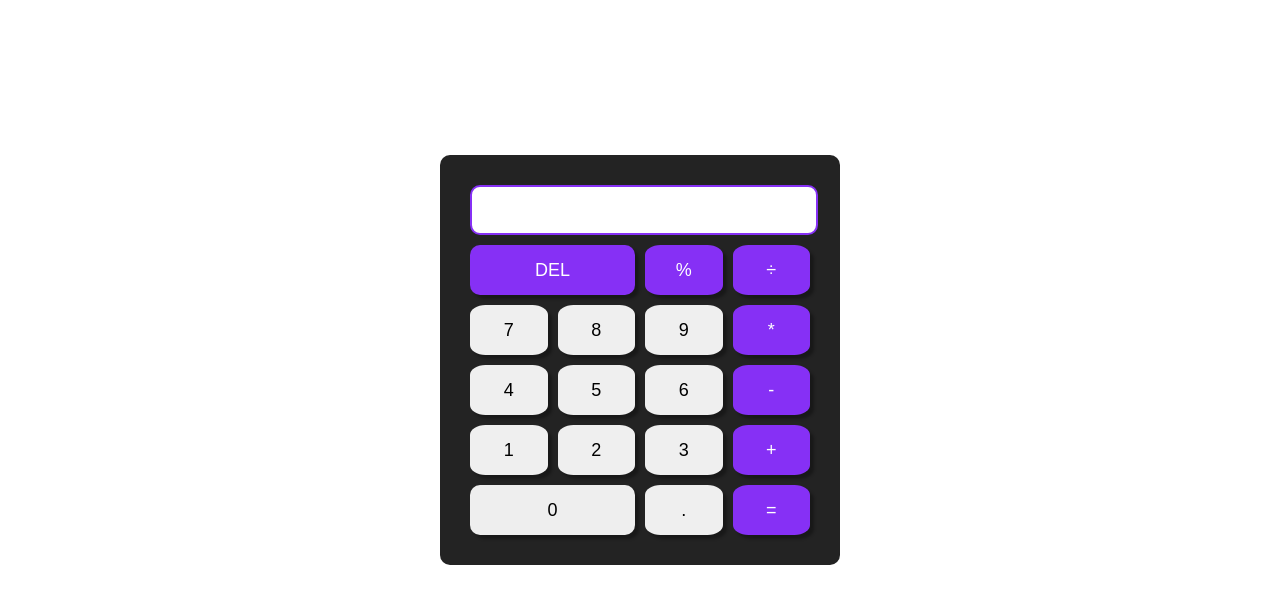
Repository: zlazlazla35/calculator
Page: /
The author's editor kept a copy of each file at every save. The page is drawn from the files as they stood at one save, then again after the next save.
The browser window is 1280 px wide. The pictures show the whole page.
The project was rebuilt for these pictures with package versions that can differ from the ones it lists, and the page was loaded fresh each time.

Above is the page before, as saved 2024-10-15 16:34:05.

After the next save:
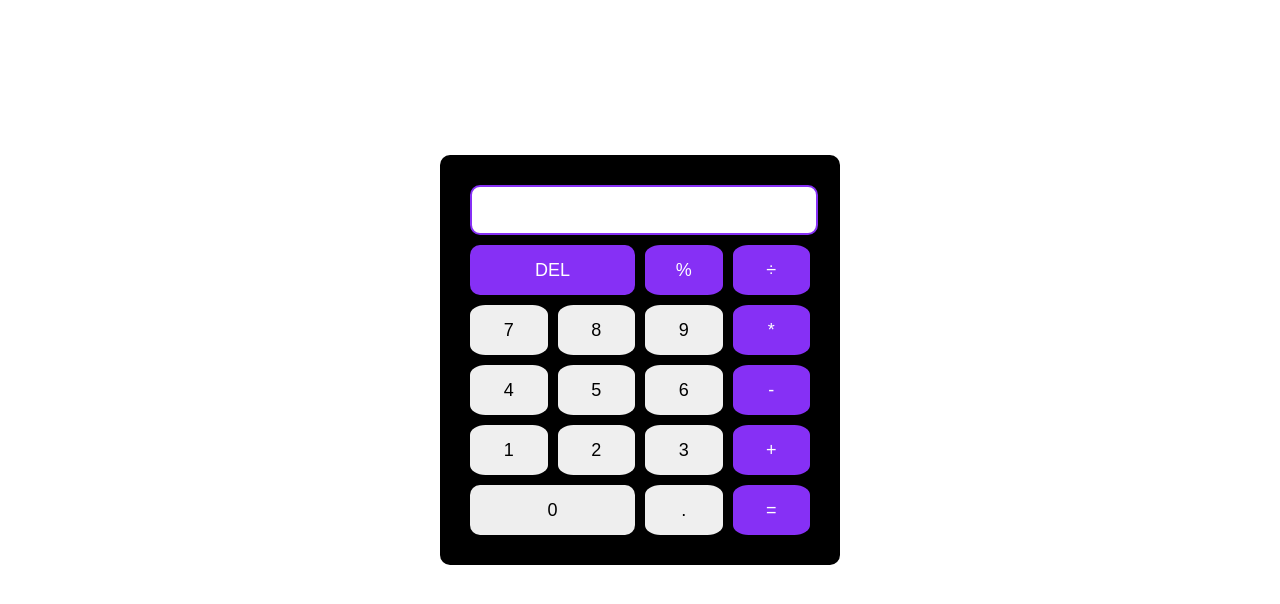
Saved 12 s later.
--- a/src/App.css
+++ b/src/App.css
@@ -37,7 +37,7 @@
   }
 }
 .App {width: 100%; height: 100vh; display: flex; align-items: center; justify-content: center;}
-.contents {width: 100%; max-width: 400px; background: #232323;box-sizing: border-box;padding: 30px; border-radius: 10px;}
+.contents {width: 100%; max-width: 400px; background: #000;box-sizing: border-box;padding: 30px; border-radius: 10px;}
 input {width: 100%; height: 44px; margin-bottom: 10px; border: 2px solid #8630f5; border-radius: 10px;}
 input:focus {outline: #8630f5; }
 .active { box-shadow: 2px 2px 1px rgba(0, 0, 0, 0.3) !important; border: 2px solid #232323; }

After the save that followed:
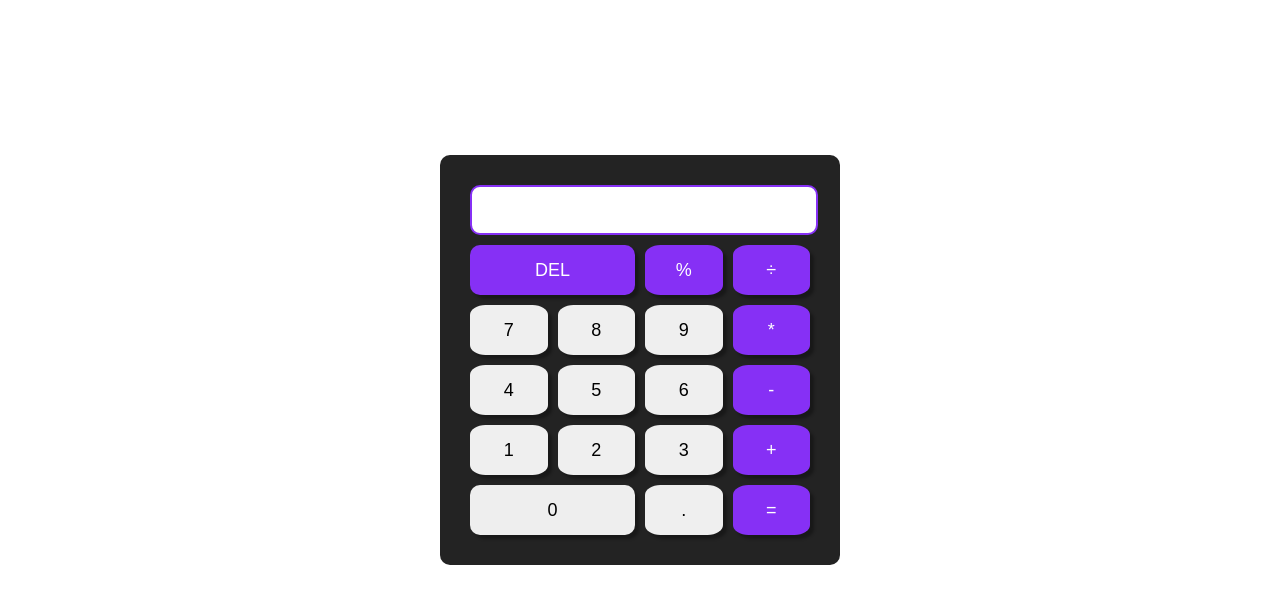
Saved 6 s later.
--- a/src/App.css
+++ b/src/App.css
@@ -37,7 +37,7 @@
   }
 }
 .App {width: 100%; height: 100vh; display: flex; align-items: center; justify-content: center;}
-.contents {width: 100%; max-width: 400px; background: #000;box-sizing: border-box;padding: 30px; border-radius: 10px;}
+.contents {width: 100%; max-width: 400px; background: #232323;box-sizing: border-box;padding: 30px; border-radius: 10px;}
 input {width: 100%; height: 44px; margin-bottom: 10px; border: 2px solid #8630f5; border-radius: 10px;}
 input:focus {outline: #8630f5; }
 .active { box-shadow: 2px 2px 1px rgba(0, 0, 0, 0.3) !important; border: 2px solid #232323; }
